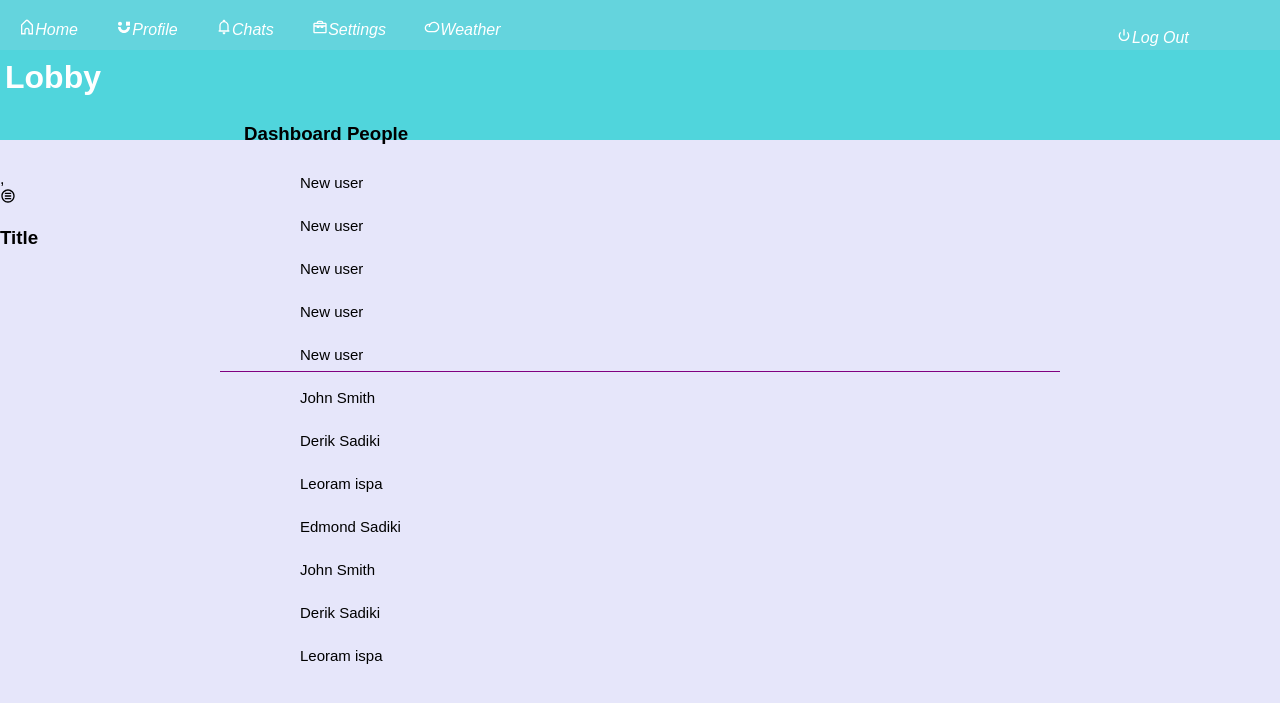
Repository: deriksadiki/react-routes-v6
Page: /signin
An editor plug-in stored every save of this project. The page is shown before and after the next save, followed by the edit.
The browser window is 1280 px wide. The pictures show the whole page.
The project was rebuilt for these pictures with package versions that can differ from the ones it lists, and the page was loaded fresh each time. Also part of the build but not shown: src/Components/topbar/OfflineNav.js, src/App.css, src/Components/Login/Login.js, src/Components/Profile/Profile.js, src/Components/SIgnup/SIgnup.js.

Above is the page before, as saved 2021-11-19 22:50:32.

After the next save:
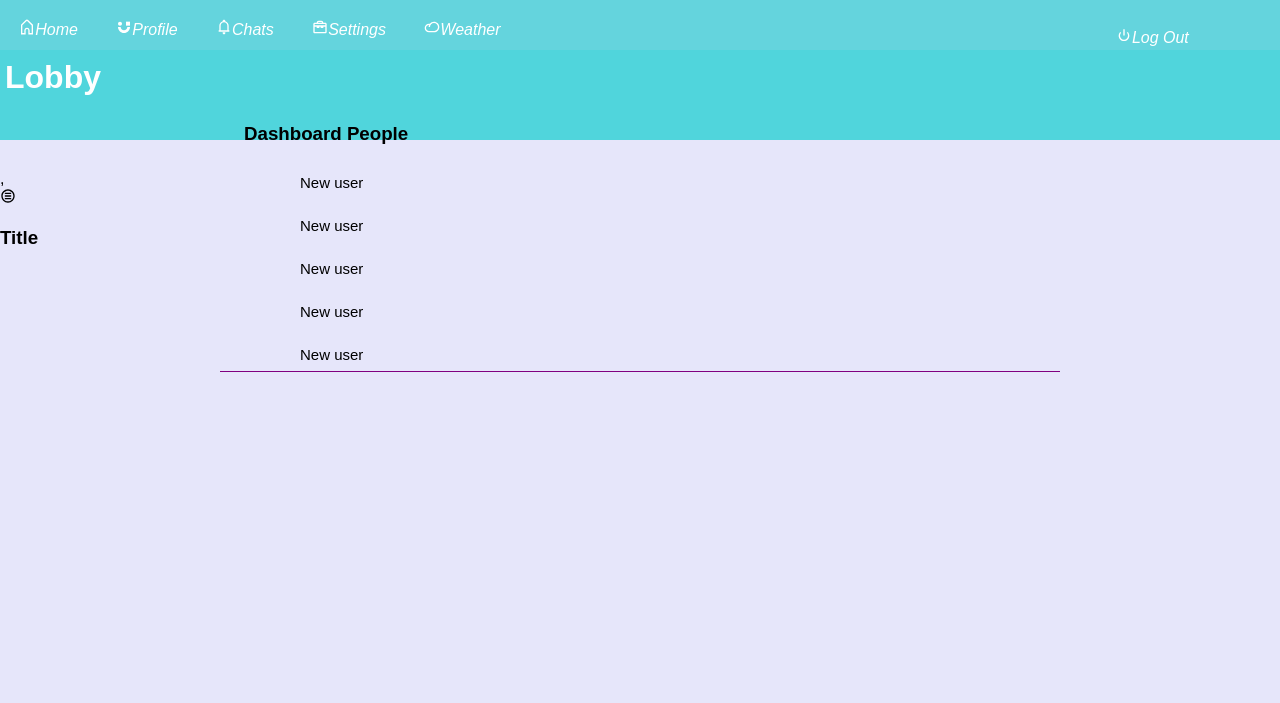
Saved 6 s later.
--- a/src/Components/Home/Home.js
+++ b/src/Components/Home/Home.js
@@ -28,13 +28,7 @@ export default function Home(){
                     <li> <i className="fas fa-user-circle"></i>New user</li>
                     <li> <i className="fas fa-user-circle"></i>New user</li>
                     <li> <i className="fas fa-user-circle"></i>New user</li>
-                    <li><i className="fas fa-user-circle"></i>John Smith</li>
-                    <li> <i className="fas fa-user-circle"></i>Derik Sadiki</li>
-                    <li> <i className="fas fa-user-circle"></i>Leoram ispa</li>
-                    <li> <i className="fas fa-user-circle"></i>Edmond Sadiki</li>
-                    <li><i className="fas fa-user-circle"></i>John Smith</li>
-                    <li> <i className="fas fa-user-circle"></i>Derik Sadiki</li>
-                    <li> <i className="fas fa-user-circle"></i>Leoram ispa</li>
+
                 </ul>
 
             </div>
